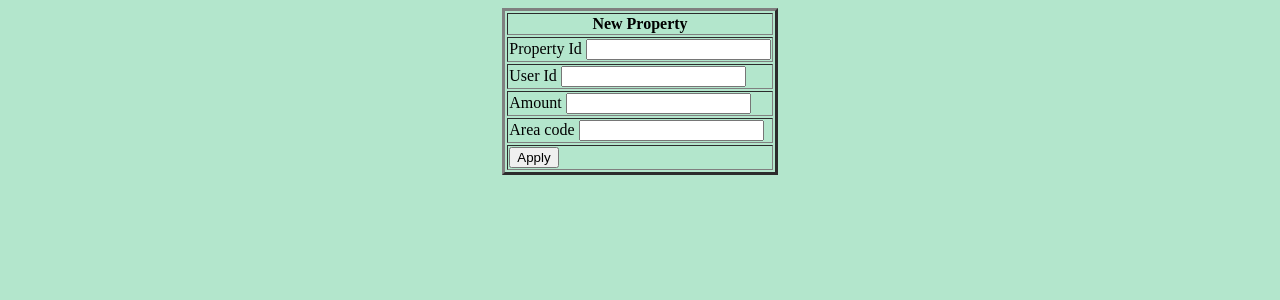
Repository: vinodkumarr269/microservices
Page: http://localhost/MicroServiceProducer/NewProperty.jsp
An editor plug-in stored every save of this project. The page is shown before and after the next save, followed by the edit.
The browser window is 1280 px wide. The pictures show the whole page.
The page is served by Tomcat 9.

Above is the page before, as saved 2019-10-17 18:02:36.

After the next save:
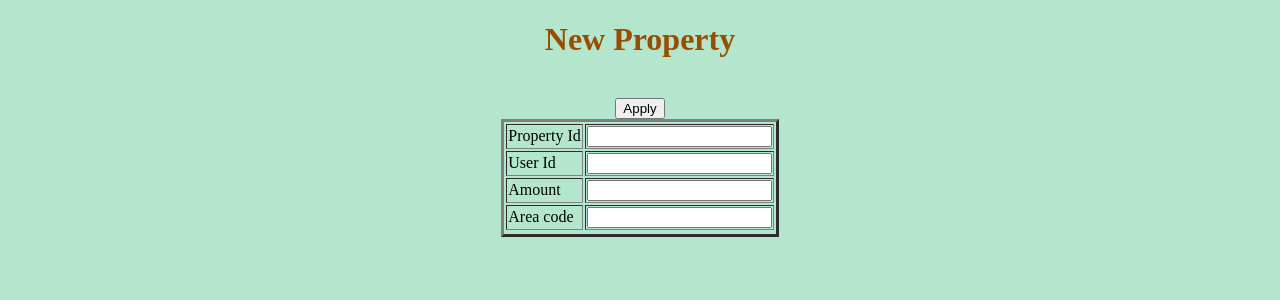
Saved 5 min 24 s later.
--- a/microservice/MicroServiceProducer/src/main/webapp/NewProperty.jsp
+++ b/microservice/MicroServiceProducer/src/main/webapp/NewProperty.jsp
@@ -9,29 +9,30 @@
 <body bgcolor="#b3e6cc">
 <form method="post">
 <center>
+<h1 style="color:#994d00">New Property</h1><br/>
 <table border="3" colspan="3" border color="#001a33">
-<tr><th>New Property</th></tr>
+
 <tr>
-<td>Property Id
-<input type="text" name="propertyid"/>
+<td>Property Id</td>
+<td><input type="text" name="propertyid"/>
 </td>
 </tr>
 <tr>
-<td>User Id
-<input type="text" name="userid"/>
+<td>User Id</td>
+<td><input type="text" name="userid"/>
 </td>
 </tr>
 <tr>
-<td>Amount
-<input type="text" name="amount"/>
+<td>Amount</td>
+<td><input type="text" name="amount"/>
 </td>
 </tr><tr>
-<td>Area code
-<input type="text" name="area_code"/>
+<td>Area code</td>
+<td><input type="text" name="area_code"/>
 </td>
 </tr>
 <tr>
-<td><input type="submit" value="Apply"/></td>
+<input type="submit" value="Apply" />
 </tr>
 
 
